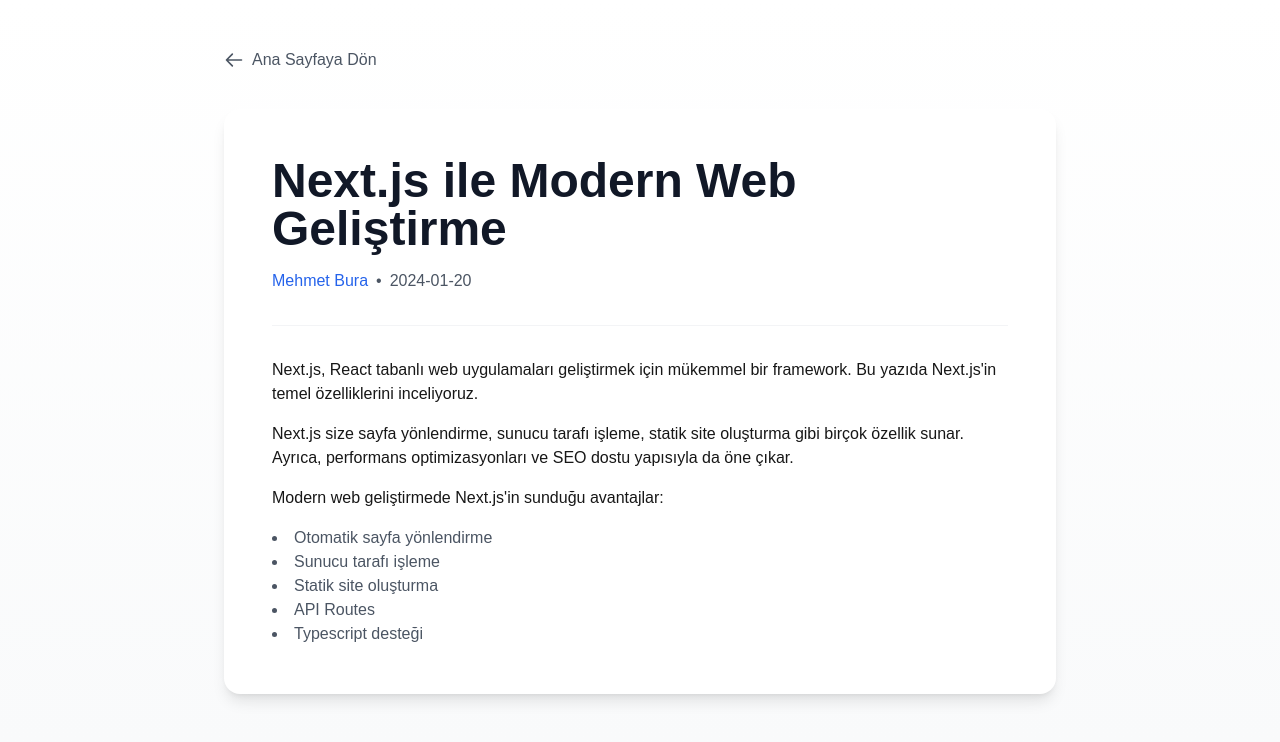
Repository: burakdemirrr/blog-app
Page: /blog/1
The author's editor kept a copy of each file at every save. The page is drawn from the files as they stood at one save, then again after the next save.
The browser window is 1280 px wide. The pictures show the whole page.
The project was rebuilt for these pictures with package versions that can differ from the ones it lists, and the page was loaded fresh each time. The framework's server and built-in components were replaced by stand-ins that run in the browser. Also part of the build but not shown: next.config.js, next.config.ts.

Above is the page before, as saved 2024-12-29 22:27:53.

### src/app/blog/[id]/page.tsx
import React from 'react';
import { posts } from '@/data/posts';
import Link from 'next/link';
import { notFound } from 'next/navigation';

export default function BlogPost({ params }: { params: { id: string } }) {
  const post = posts.find(p => p.id === params.id);

  if (!post) {
    notFound();
  }

  return (
    <div className="min-h-screen bg-gradient-to-b from-white to-gray-50">
      <main className="max-w-4xl mx-auto px-4 sm:px-6 lg:px-8 py-12">
        <nav className="mb-8">
          <Link
            href="/"
            className="inline-flex items-center text-gray-600 hover:text-blue-600 transition-colors"
          >
            <svg className="w-5 h-5 mr-2" fill="none" stroke="currentColor" viewBox="0 0 24 24">
              <path strokeLinecap="round" strokeLinejoin="round" strokeWidth={2} d="M10 19l-7-7m0 0l7-7m-7 7h18" />
            </svg>
            Ana Sayfaya Dön
          </Link>
        </nav>

        <article className="bg-white rounded-2xl shadow-lg p-8 md:p-12">
          <header className="mb-8 pb-8 border-b border-gray-100">
            <h1 className="text-4xl md:text-5xl font-bold text-gray-900 mb-4">
              {post.title}
            </h1>
            <div className="flex items-center text-gray-600">
              <span className="text-blue-600">{post.author}</span>
              <span className="mx-2">•</span>
              <time dateTime={post.date}>{post.date}</time>
            </div>
          </header>

          <div className="prose prose-lg max-w-none prose-headings:text-gray-900 prose-p:text-gray-600">
            {post.content.split('\n').map((paragraph, index) => {
              const trimmedParagraph = paragraph.trim();
              if (!trimmedParagraph) return null;

              if (trimmedParagraph.startsWith('-')) {
                return (
                  <ul key={index} className="list-disc list-inside">
                    <li className="text-gray-600">{trimmedParagraph.slice(1).trim()}</li>
                  </ul>
                );
              }

              return (
                <p key={index} className="mb-4">
                  {trimmedParagraph}
                </p>
              );
            })}
          </div>
        </article>
      </main>
    </div>
  );
}

### src/data/posts.ts
import { BlogPost } from '@/types/blog';

export const posts: BlogPost[] = [
  {
    id: '1',
    title: 'Next.js ile Modern Web Geliştirme',
    excerpt: 'Next.js, React tabanlı web uygulamaları geliştirmek için mükemmel bir framework. Bu yazıda Next.js\'in temel özelliklerini inceliyoruz...',
    content: `Next.js, React tabanlı web uygulamaları geliştirmek için mükemmel bir framework. Bu yazıda Next.js'in temel özelliklerini inceliyoruz.

    Next.js size sayfa yönlendirme, sunucu tarafı işleme, statik site oluşturma gibi birçok özellik sunar. Ayrıca, performans optimizasyonları ve SEO dostu yapısıyla da öne çıkar.

    Modern web geliştirmede Next.js'in sunduğu avantajlar:
    - Otomatik sayfa yönlendirme
    - Sunucu tarafı işleme
    - Statik site oluşturma
    - API Routes
    - Typescript desteği
    `,
    date: '2024-01-20',
    author: 'Mehmet Bura'
  },
  {
    id: '2',
    title: 'Web Tasarımında Modern Trendler',
    excerpt: '2024 yılında web tasarımında öne çıkan trendleri ve kullanıcı deneyimini iyileştiren modern yaklaşımları inceliyoruz...',
    content: `2024 yılında web tasarımında öne çıkan trendleri ve kullanıcı deneyimini iyileştiren modern yaklaşımları inceliyoruz.

    Minimalist tasarımlar, koyu mod desteği, ve mikroanimasyonlar gibi özellikler artık modern web sitelerinin vazgeçilmez parçaları haline geldi.

    İşte 2024'ün öne çıkan web tasarım trendleri:
    - Minimalist UI/UX
    - Koyu mod desteği
    - Mikroanimasyonlar
    - Özelleştirilebilir arayüzler
    - Erişilebilirlik odaklı tasarım
    `,
    date: '2024-01-18',
    author: 'Mehmet Bura'
  }
];

Loaded but not shown: src/app/layout.tsx (common file); src/app/globals.css (common file); tailwind.config.ts (common file)

After the next save:
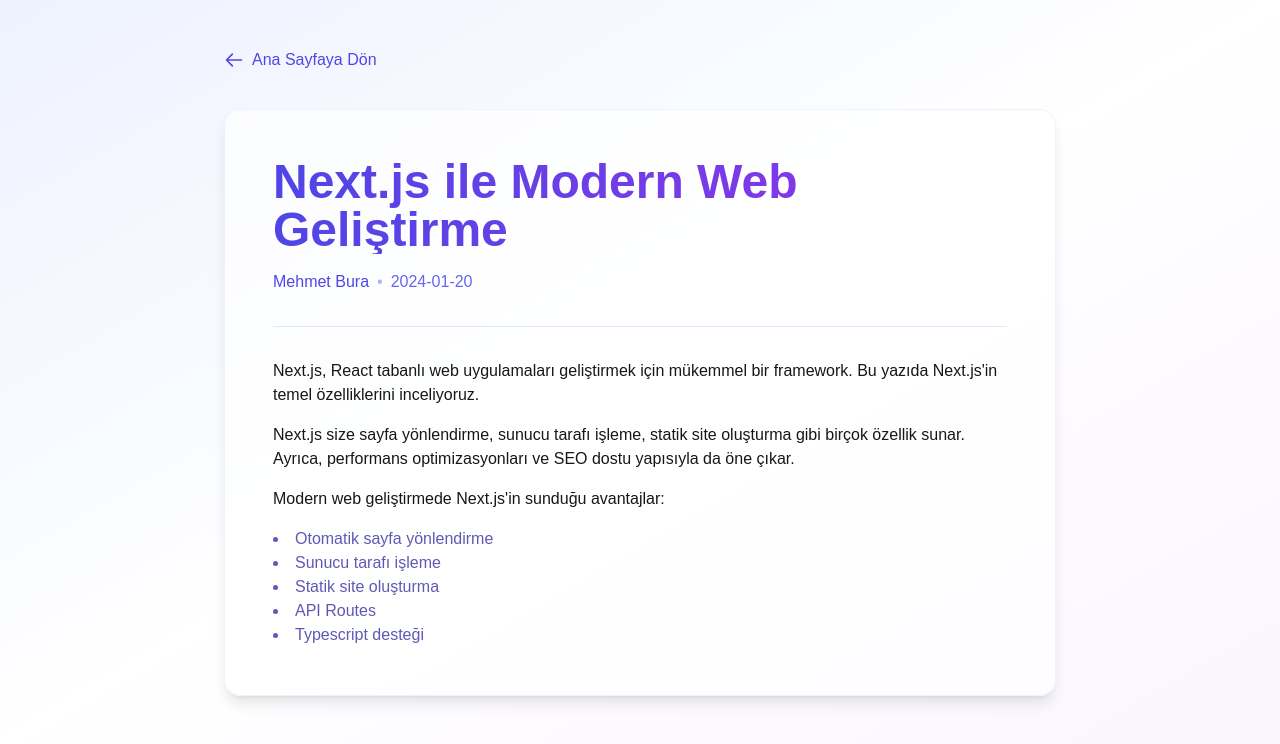
Saved 18 s later.
--- a/src/app/blog/[id]/page.tsx
+++ b/src/app/blog/[id]/page.tsx
@@ -11,12 +11,12 @@ export default function BlogPost({ params }: { params: { id: string } }) {
   }
 
   return (
-    <div className="min-h-screen bg-gradient-to-b from-white to-gray-50">
+    <div className="min-h-screen bg-gradient-to-br from-indigo-50 via-white to-purple-50">
       <main className="max-w-4xl mx-auto px-4 sm:px-6 lg:px-8 py-12">
         <nav className="mb-8">
           <Link
             href="/"
-            className="inline-flex items-center text-gray-600 hover:text-blue-600 transition-colors"
+            className="inline-flex items-center text-indigo-600 hover:text-indigo-800 transition-colors font-medium"
           >
             <svg className="w-5 h-5 mr-2" fill="none" stroke="currentColor" viewBox="0 0 24 24">
               <path strokeLinecap="round" strokeLinejoin="round" strokeWidth={2} d="M10 19l-7-7m0 0l7-7m-7 7h18" />
@@ -25,19 +25,19 @@ export default function BlogPost({ params }: { params: { id: string } }) {
           </Link>
         </nav>
 
-        <article className="bg-white rounded-2xl shadow-lg p-8 md:p-12">
-          <header className="mb-8 pb-8 border-b border-gray-100">
-            <h1 className="text-4xl md:text-5xl font-bold text-gray-900 mb-4">
+        <article className="bg-white/70 backdrop-blur-sm rounded-2xl shadow-lg p-8 md:p-12 border border-indigo-50">
+          <header className="mb-8 pb-8 border-b border-indigo-100">
+            <h1 className="text-4xl md:text-5xl font-bold text-indigo-900 mb-4 bg-clip-text text-transparent bg-gradient-to-r from-indigo-600 to-purple-600">
               {post.title}
             </h1>
-            <div className="flex items-center text-gray-600">
-              <span className="text-blue-600">{post.author}</span>
-              <span className="mx-2">•</span>
-              <time dateTime={post.date}>{post.date}</time>
+            <div className="flex items-center text-indigo-600">
+              <span className="font-medium">{post.author}</span>
+              <span className="mx-2 text-indigo-300">•</span>
+              <time dateTime={post.date} className="text-indigo-500">{post.date}</time>
             </div>
           </header>
 
-          <div className="prose prose-lg max-w-none prose-headings:text-gray-900 prose-p:text-gray-600">
+          <div className="prose prose-lg max-w-none prose-headings:text-indigo-900 prose-p:text-indigo-800/80 prose-a:text-indigo-600 hover:prose-a:text-indigo-700">
             {post.content.split('\n').map((paragraph, index) => {
               const trimmedParagraph = paragraph.trim();
               if (!trimmedParagraph) return null;
@@ -45,7 +45,7 @@ export default function BlogPost({ params }: { params: { id: string } }) {
               if (trimmedParagraph.startsWith('-')) {
                 return (
                   <ul key={index} className="list-disc list-inside">
-                    <li className="text-gray-600">{trimmedParagraph.slice(1).trim()}</li>
+                    <li className="text-indigo-800/80">{trimmedParagraph.slice(1).trim()}</li>
                   </ul>
                 );
               }
